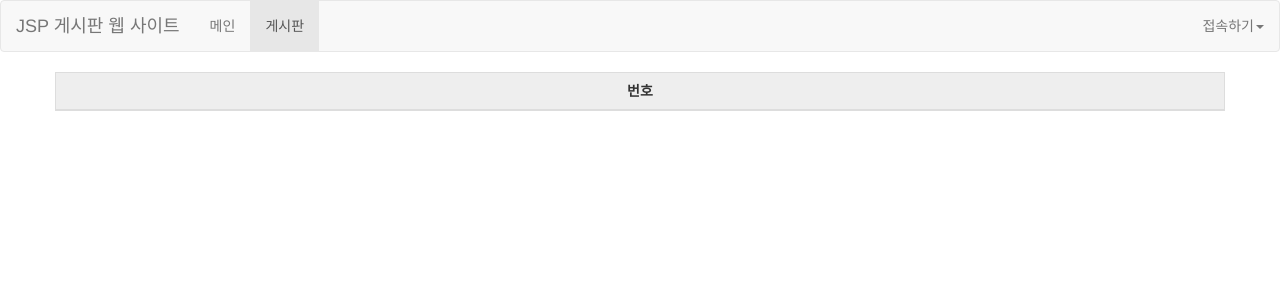
Repository: winter9388/JSP_BBS
Page: http://localhost/BBS/퍋ㅈ.jsp
The author's editor kept a copy of each file at every save. The page is drawn from the files as they stood at one save, then again after the next save.
The browser window is 1280 px wide. The pictures show the whole page.
Some web libraries are served in a nearby version. The page is served by Tomcat 9.

Above is the page before, as saved 2022-08-12 12:02:25.

After the next save:
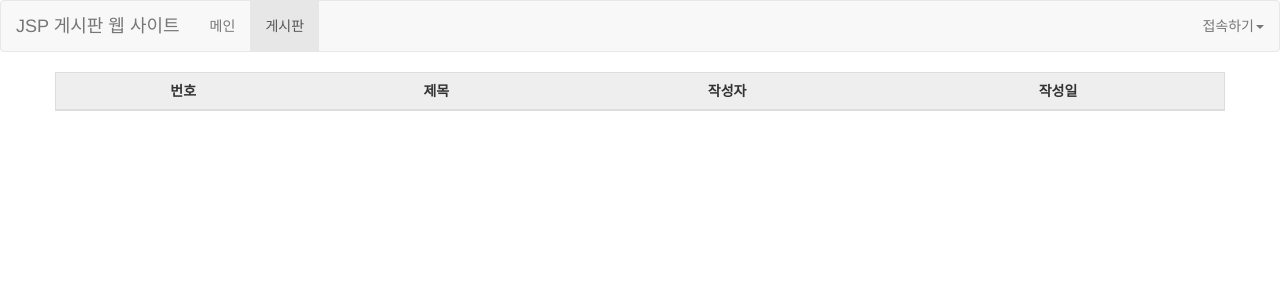
Saved 29 s later.
--- a/BBS/src/main/webapp/퍋ㅈ.jsp
+++ b/BBS/src/main/webapp/퍋ㅈ.jsp
@@ -74,6 +74,9 @@
 				<thead>
 					<tr>
 						<th style="background-color: #eeeeee; text-align: center">번호</th>
+						<th style="background-color: #eeeeee; text-align: center">제목</th>
+						<th style="background-color: #eeeeee; text-align: center">작성자</th>
+						<th style="background-color: #eeeeee; text-align: center">작성일</th>
 					</tr>
 				</thead>
 			</table>
